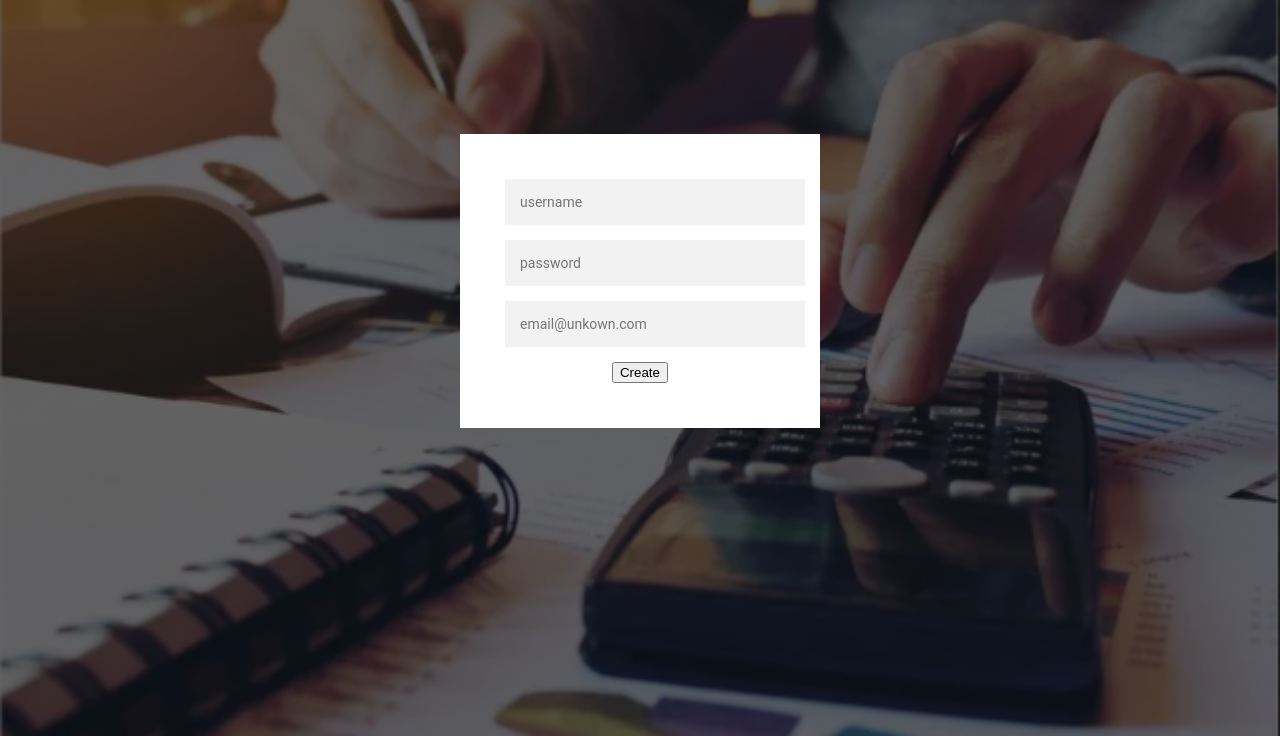
Repository: rambo1022/Project-1
Page: index.html
An editor plug-in stored every save of this project. The page is shown before and after the next save, followed by the edit.
The browser window is 1280 px wide. The pictures show the whole page.

Above is the page before, as saved 2019-12-01 15:19:47.

After the next save:
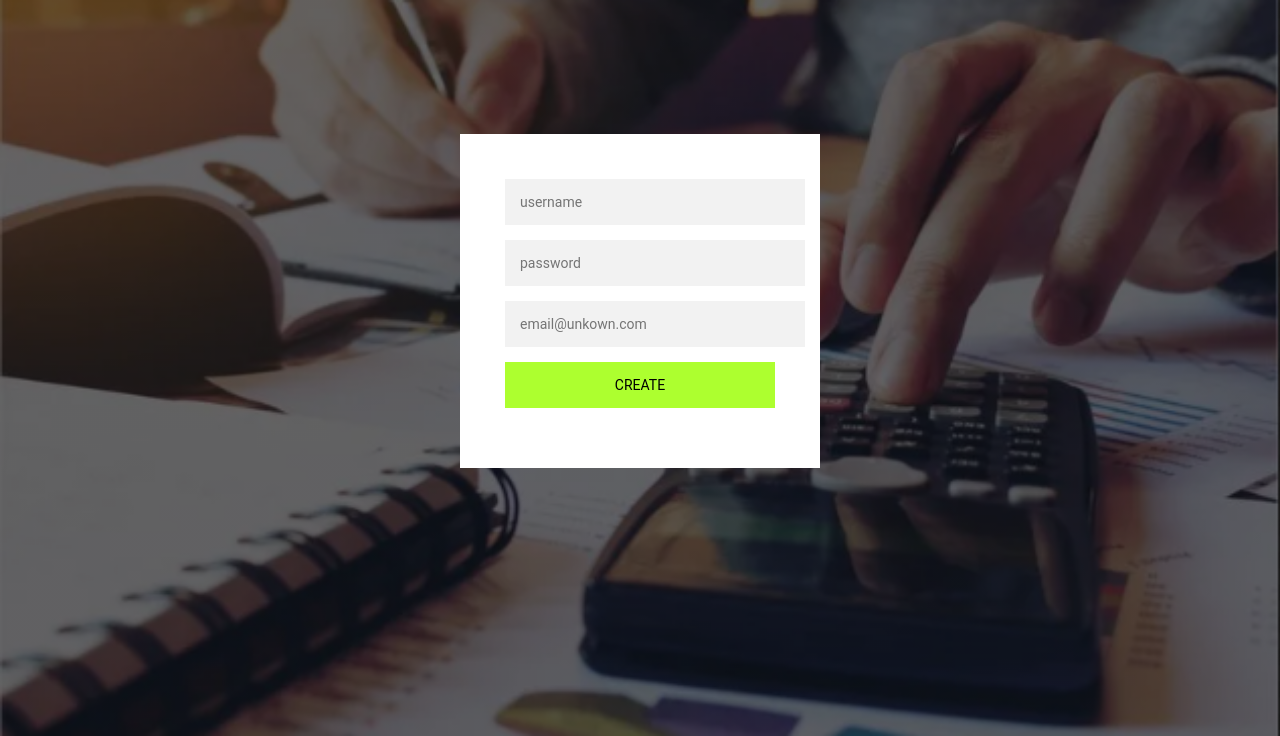
Saved 2 min 22 s later.
--- a/Sign-Up/signup.css
+++ b/Sign-Up/signup.css
@@ -37,3 +37,16 @@ body {
     border-spacing: border-box;
     font-size: 14px;
 }
+
+.form button {
+    font-family: "Roboto", sans-serif;
+    text-transform: uppercase;
+    outline: 0;
+    background: greenyellow;
+    width: 100%;
+    border: 0;
+    margin: 0 0 15px;
+    padding: 15px 15px;
+    border-spacing: border-box;
+    font-size: 14px;
+}
